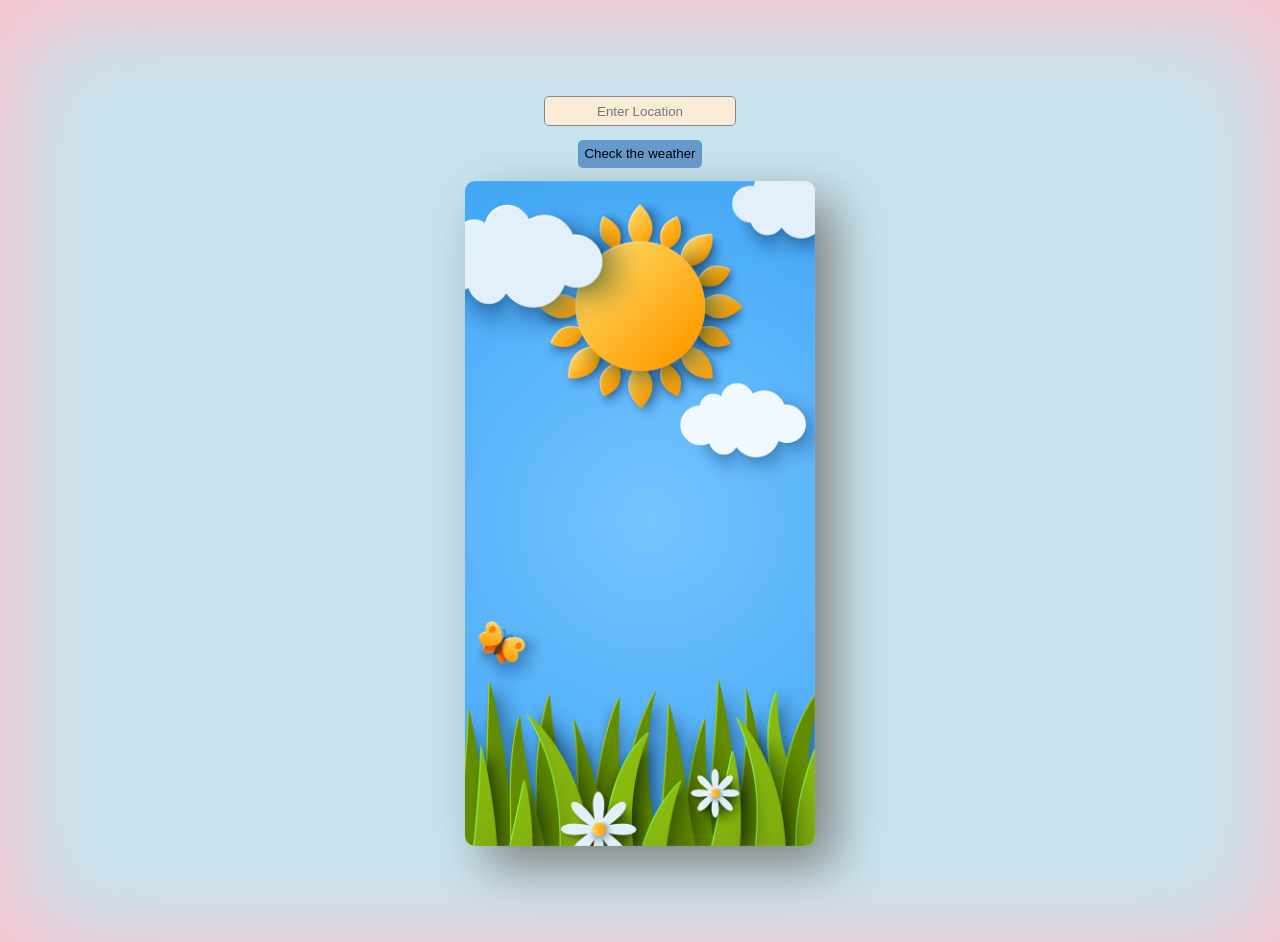
Repository: CanSanchez/weatherapp
Page: /
An editor plug-in stored every save of this project. The page is shown before and after the next save, followed by the edit.
The browser window is 1280 px wide. The pictures show the whole page.
The project was rebuilt for these pictures with package versions that can differ from the ones it lists, and the page was loaded fresh each time. The framework's server and built-in components were replaced by stand-ins that run in the browser. Also part of the build but not shown: next.config.js.

Above is the page before, as saved 2023-01-18 00:03:34.

### pages/index.js
import Head from 'next/head'
import Image from 'next/image'
import { Inter } from '@next/font/google'
import styles from '@/styles/Home.module.css'
import { useState } from 'react'
import axios from 'axios'
import sunny from '../public/background/sunny.png'
import rain from '../public/background/rain.png'
import cloudy from '../public/background/cloudy.png'
import snow from '../public/background/snow.png'

const inter = Inter({ subsets: ['latin'] })

export default function Home() {

  const [location, setLocation] = useState("");
  const [data, setData] = useState({});
  const [weather, setWeather] = useState();
  const [errorMessage, setErrorMessage] = useState('')
  const [background, setBackground] = useState(sunny.src);
  const [color, setColor] = useState('#65bf2e');

  var apiKey = "99f42d70d7447c0cadd6b0124b3ed194";
  var lang ="en";
  var units ="metric";

  const url = `https://api.openweathermap.org/data/2.5/weather?q=${location}&units=${units}&&appid=${apiKey}&lang=${lang}`

  const searchLocation = (event) => {
    if(event.key === "Enter") {
      axios.get(url)
      .then((response) => {
        console.clear()
        setData(response.data)
        console.log(response.data)
        setWeather(response.data.weather);
        if (response.data.weather[0].main == 'Rain') {
          setBackground(rain.src)
          setColor('#415771')
        } else if (response.data.weather[0].main == 'Clouds') {
          setBackground(cloudy.src)
          setColor('#ffa60f')
        } else if (response.data.weather[0].main == 'Snow') {
          setBackground(snow.src)
          setColor('#2698f0')
        }
        setErrorMessage("")
      }).catch(err => {
        console.log(err);
        setErrorMessage("Please enter another location")
        setData({})
        setWeather()
      })
      setLocation('')
      setBackground(sunny.src)
      setColor('#65bf2e')
    }
  }

  return (
    <>
      <Head>
        <title>Wazzup</title>
        <meta name="description" content="Weather app created by Can" />
        <meta name="viewport" content="width=device-width, initial-scale=1" />
        <link rel="icon" href="/weather-news.png" />
        <link href="https://fonts.googleapis.com/css2?family=Comfortaa&family=M+PLUS+Rounded+1c:wght@700&display=swap" rel="stylesheet"></link>
      </Head>

      <main className={styles.main}>
      <input
        className={styles.input}
        value={location}
        onChange={event => setLocation(event.target.value)}
        placeholder="Enter Location"
        onKeyDown={searchLocation}
        type="text"
       />
       <button className={styles.button}>Check the weather</button>

      <div className={styles.wrapper}
      style={{backgroundImage: `url(${background})`}}>
      {
        errorMessage &&
        <p>{errorMessage}</p>
      }
       {
        weather && weather.map((w, index) => {
          return (
            // <div key={index}>
            //   <div>{w.description}</div>
            //   <div>{w.main}</div>
            // </div>
            <div className={styles.weathercontent}>
              <h1 className={styles.city}>{data.name}</h1>
              {/* <h3>{data.sys.country}</h3> */}
              <div key={index} className={styles.currentweather}
                style={{backgroundColor: color}}
              >{w.main}</div>
              <p className={styles.description}>Wind: {data.wind.speed}m/s</p>
              <p className={styles.description}>Temperature: {data.main.temp}°C</p>
              <p className={styles.description}>Feels Like: {data.main.feels_like}°C</p>
            </div>
          )
        })
       }
      </div>
      </main>
    </>
  )
}

### styles/Home.module.css
.main {
  display: flex;
  flex-direction: column;
  justify-content: space-between;
  align-items: center;
  padding: 6rem;
  min-height: 100vh;
  background-color:#C7E4EE;
  box-shadow: 5px 10px 100px 10px pink inset;
}

.wrapper {
  width: 350px;
  height: 665px;
  display: flex;
  flex-direction: column;
  align-items: center;
  flex-wrap: nowrap;
  /* background-image: url('/background/sunny.png'); */
  background-size: cover;
  background-repeat: no-repeat;
  box-shadow: 20px 20px 50px grey;
  border-radius: 10px;
  justify-content: center;
  transform: translatey(0px);
	animation: float 6s ease-in-out infinite;
}

.input {
  background-color: antiquewhite;
  color: #252525;
  text-align: center;
  border: #888888 1px solid;
  border-radius: 5px;
  padding: .5em;
  margin-bottom: 1em;
}

.button {
  background-color: #6699CC;
  border: 0;
  border-radius: 5px;
  padding: .5em;
  margin-bottom: 1em;
}

.weathercontent {
  display: flex;
  flex-direction: column;
  align-items: center;
  font-family: 'Comfortaa', cursive;
  font-family: 'M PLUS Rounded 1c', sans-serif;
  padding-top: 5em;
}

.city {
  text-transform: uppercase;
}

.currentweather {
  text-align: center;
  /* background-color: #65bf2e; */
  width: 150px;
  border-radius: 20px;
  text-transform: uppercase;
  box-shadow: 3px 5px 20px #252525;
  margin-bottom: 1.5em;
}

.description {
  font-size: .8em;
}

Loaded but not shown: pages/_app.js (common file); pages/_document.js (common file); styles/globals.css (common file)

After the next save:
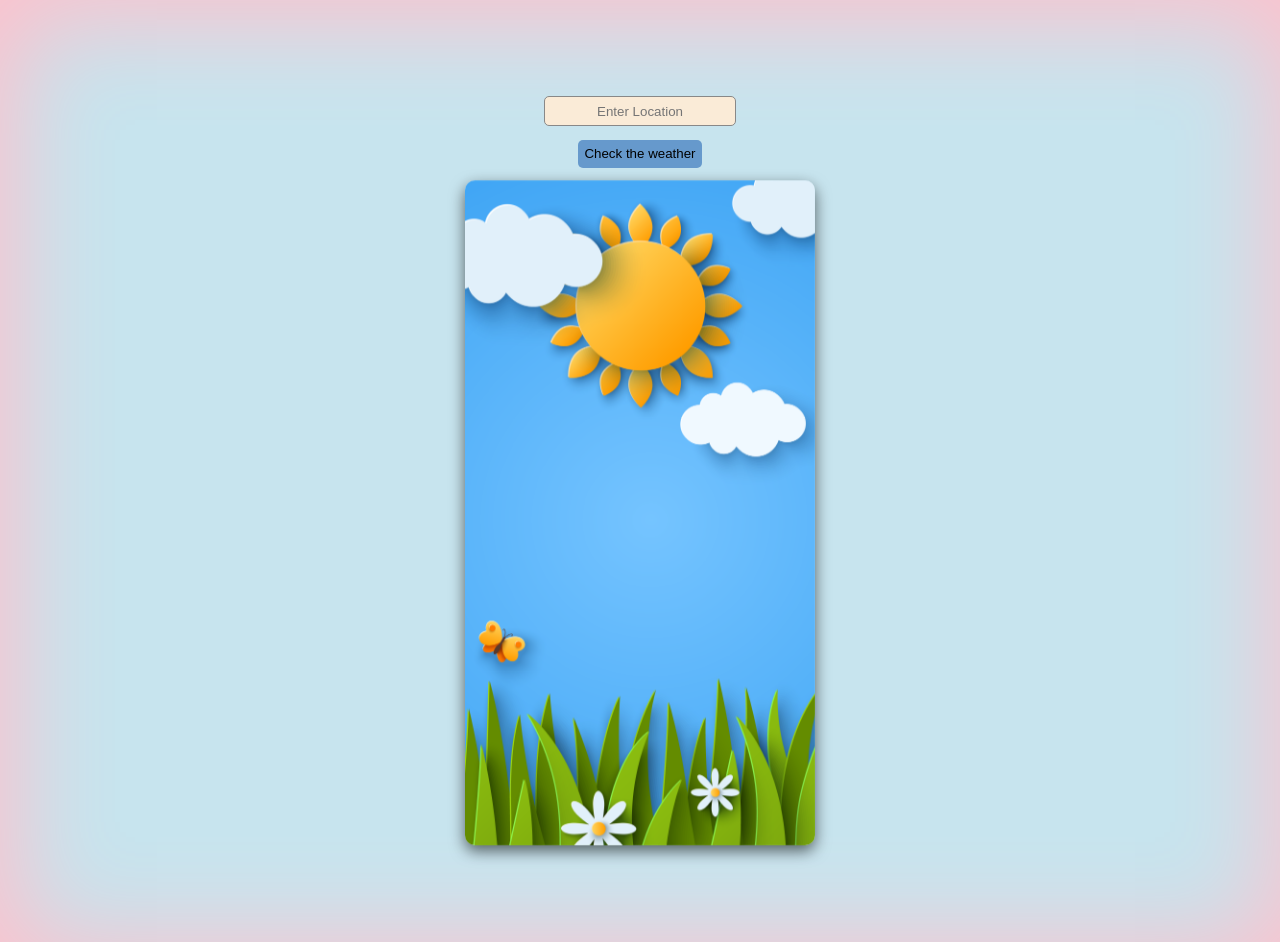
Saved 40 s later.
--- a/styles/Home.module.css
+++ b/styles/Home.module.css
@@ -70,3 +70,18 @@
 .description {
   font-size: .8em;
 }
+
+@keyframes float {
+	0% {
+		box-shadow: 0 5px 15px 0px rgba(0,0,0,0.6);
+		transform: translatey(0px);
+	}
+	50% {
+		box-shadow: 0 25px 15px 0px rgba(0,0,0,0.2);
+		transform: translatey(-20px);
+	}
+	100% {
+		box-shadow: 0 5px 15px 0px rgba(0,0,0,0.6);
+		transform: translatey(0px);
+	}
+}
